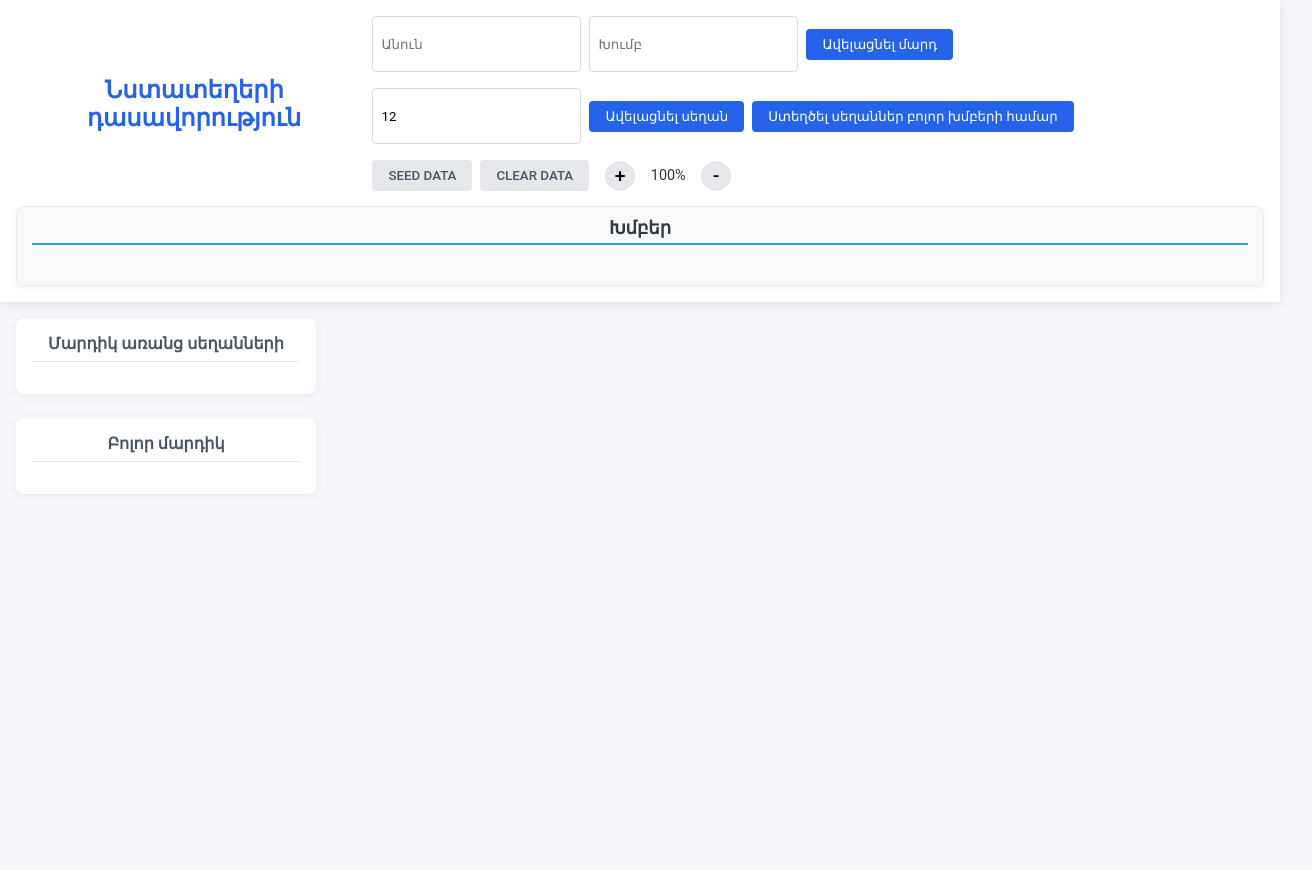
Repository: Vahan-23/Table-V2
Page: /
An editor plug-in stored every save of this project. The page is shown before and after the next save, followed by the edit.
The browser window is 1280 px wide. The page is 1312 px wide, so the pictures cover 1312 px, including what lies to the right of the window. The pictures show the whole page.
The project was rebuilt for these pictures with package versions that can differ from the ones it lists, and the page was loaded fresh each time.

Above is the page before, as saved 2025-02-27 15:01:14.

After the next save:
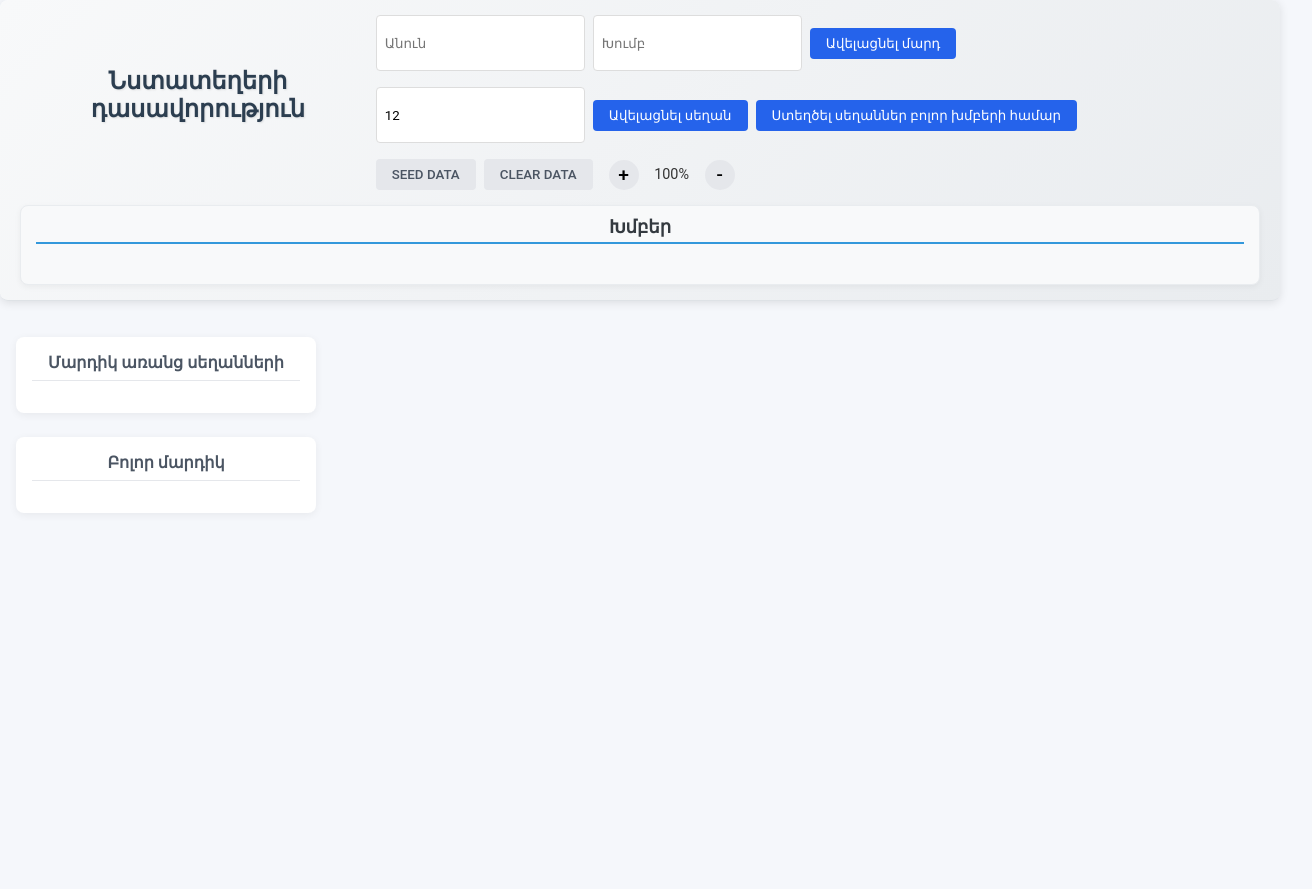
Saved 19 s later.
--- a/src/component/App.css
+++ b/src/component/App.css
@@ -576,3 +576,55 @@ button {
 .close-popup-btn:hover {
   background-color: #2980b9;
 }
+
+.groups-wrapper::-webkit-scrollbar {
+  height: 6px;
+  width: 6px;
+}
+
+.groups-wrapper::-webkit-scrollbar-track {
+  background: #f1f1f1;
+  border-radius: 10px;
+}
+
+.groups-wrapper::-webkit-scrollbar-thumb {
+  background: #3498db;
+  border-radius: 10px;
+}
+
+.groups-wrapper::-webkit-scrollbar-thumb:hover {
+  background: #2980b9;
+}
+
+.group-card {
+  flex: 0 0 auto;
+  min-width: 100px;
+  background-color: white;
+  border-radius: 6px;
+  padding: 8px 12px;
+  box-shadow: 0 1px 3px rgba(0,0,0,0.1);
+  cursor: grab;
+  transition: transform 0.2s, box-shadow 0.2s;
+  border-left: 4px solid #3498db;
+}
+
+.group-card:hover {
+  transform: translateY(-2px);
+  box-shadow: 0 3px 6px rgba(0,0,0,0.15);
+}
+
+.app-header {
+  background: linear-gradient(135deg, #f8f9fa 0%, #e9ecef 100%);
+  border-bottom: 1px solid #dee2e6;
+  padding: 15px 20px;
+  border-radius: 8px;
+  margin-bottom: 20px;
+}
+
+.logo {
+  font-size: 24px;
+  font-weight: bold;
+  color: #2c3e50;
+  margin-bottom: 15px;
+  text-shadow: 1px 1px 2px rgba(0,0,0,0.1);
+}
